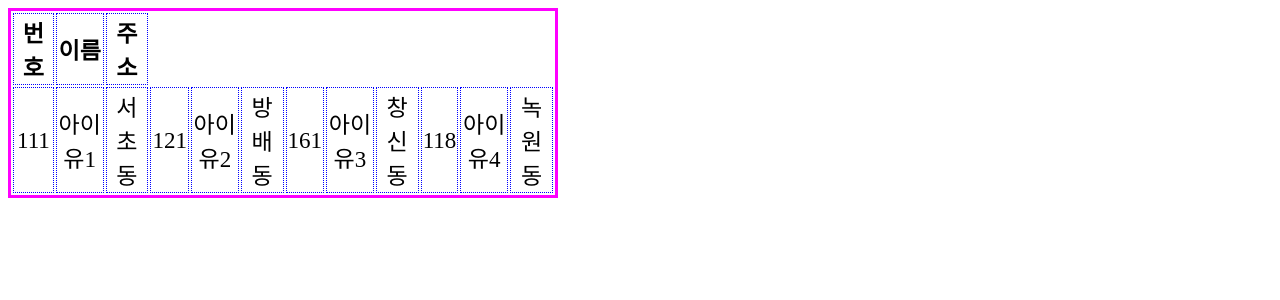
Repository: Migorithm/front_work
Page: front05_JQuery/src/main/webapp/3_event/jq09_hover_find.html
These files come from the project's save history. The page is drawn as it stood at one moment and after the next save; the edit follows.
The browser window is 1280 px wide. The pictures show the whole page.

Above is the page before, as saved 2021-09-06 01:52:31.

After the next save:
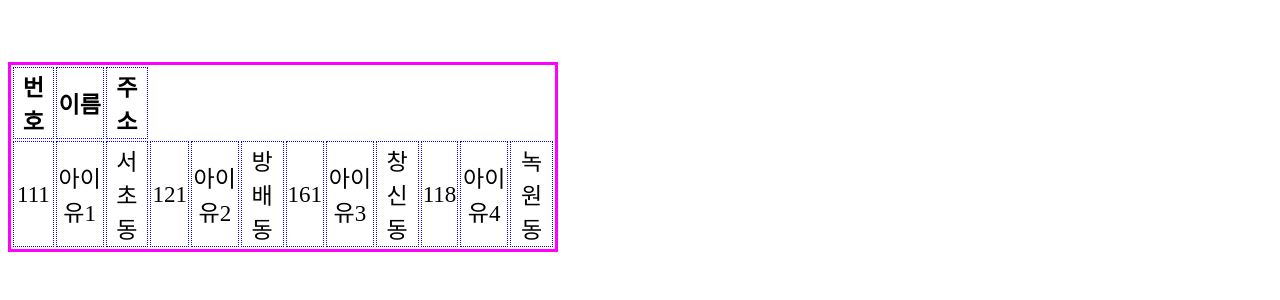
Saved 33 s later.
--- a/front05_JQuery/src/main/webapp/3_event/jq09_hover_find.html
+++ b/front05_JQuery/src/main/webapp/3_event/jq09_hover_find.html
@@ -30,9 +30,9 @@
 		</thead>
 		<tbody>
 			<tr>
-				<td>111</td><td>아이유1</td><td>서초동</td>
-				<td>121</td><td>아이유2</td><td>방배동</td>
-				<td>161</td><td>아이유3</td><td>창신동</td>
+				<td>111</td><td>아이유1</td><td>서초동</td><br>
+				<td>121</td><td>아이유2</td><td>방배동</td><br>
+				<td>161</td><td>아이유3</td><td>창신동</td><br>
 				<td>118</td><td>아이유4</td><td>녹원동</td>
 			</tr>
 		</tbody>

After the save that followed:
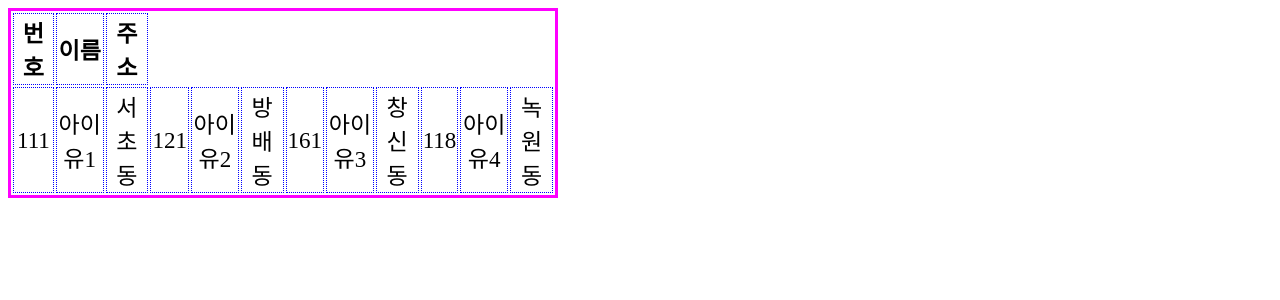
Saved 10 s later.
--- a/front05_JQuery/src/main/webapp/3_event/jq09_hover_find.html
+++ b/front05_JQuery/src/main/webapp/3_event/jq09_hover_find.html
@@ -30,9 +30,9 @@
 		</thead>
 		<tbody>
 			<tr>
-				<td>111</td><td>아이유1</td><td>서초동</td><br>
-				<td>121</td><td>아이유2</td><td>방배동</td><br>
-				<td>161</td><td>아이유3</td><td>창신동</td><br>
+				<td>111</td><td>아이유1</td><td>서초동</td>
+				<td>121</td><td>아이유2</td><td>방배동</td>
+				<td>161</td><td>아이유3</td><td>창신동</td>
 				<td>118</td><td>아이유4</td><td>녹원동</td>
 			</tr>
 		</tbody>
